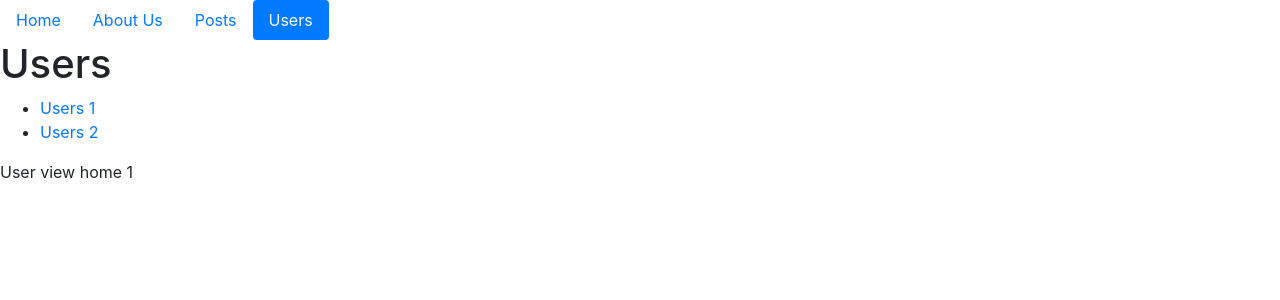
Repository: toufik17/vuejs
Page: /users/1
These files come from the project's save history. The page is drawn as it stood at one moment and after a run of saves; the edit follows.
The browser window is 1280 px wide. The pictures show the whole page.
The project was rebuilt for these pictures with package versions that can differ from the ones it lists, and the page was loaded fresh each time. Also part of the build but not shown: src/components/Home.vue, src/components/About.vue, src/components/Post.vue, src/components/Posts.vue, src/components/users/UsersHome.vue.

Above is the page before, as saved 2019-03-06 11:48:47.

After the next 2 saves:
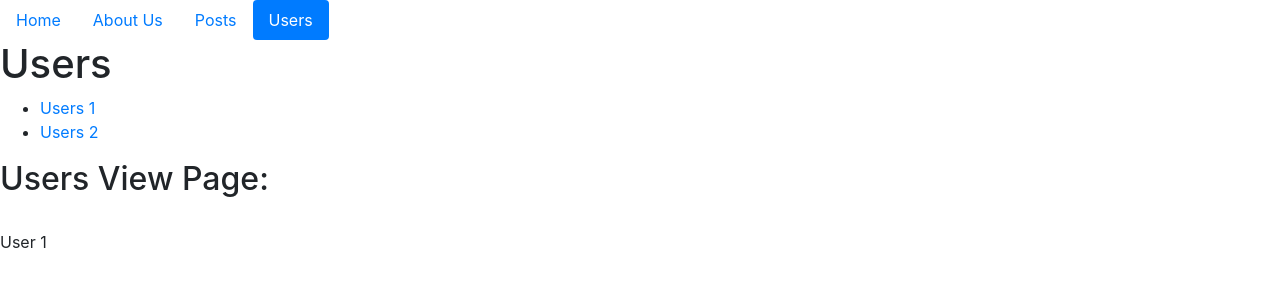
The 2 saves are shown as one change because they came seconds apart.
The last was saved 23 s later.
--- a/src/components/users/UsersViewHome.vue
+++ b/src/components/users/UsersViewHome.vue
@@ -1,6 +1,8 @@
 <template>
     <div>
-        User view home {{id}}
+        <h2>Users View Page:</h2>
+        <br />
+        User {{id}}
     </div>
 </template>
 
